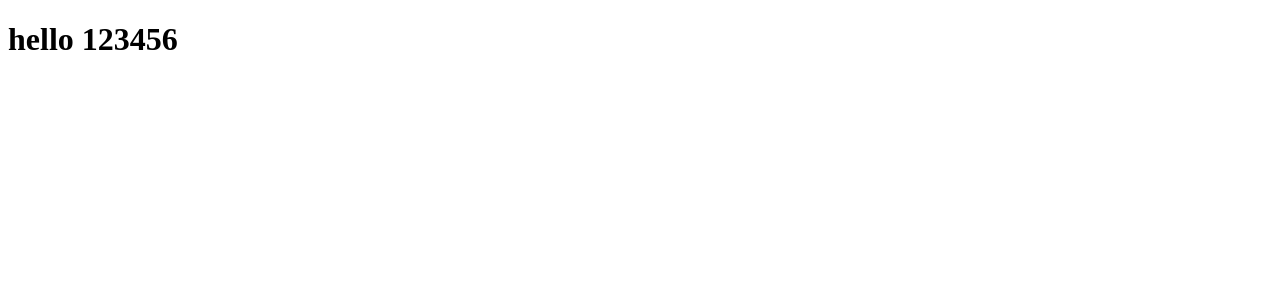
Repository: wkkuchiha/StoreProject
Page: http://localhost/store-manager-service/index.jsp
These files come from the project's save history. The page is drawn as it stood at one moment and after the next save; the edit follows.
The browser window is 1280 px wide. The pictures show the whole page.
The page is served by Tomcat 9.

Above is the page before, as saved 2019-01-15 06:04:03.

After the next save:
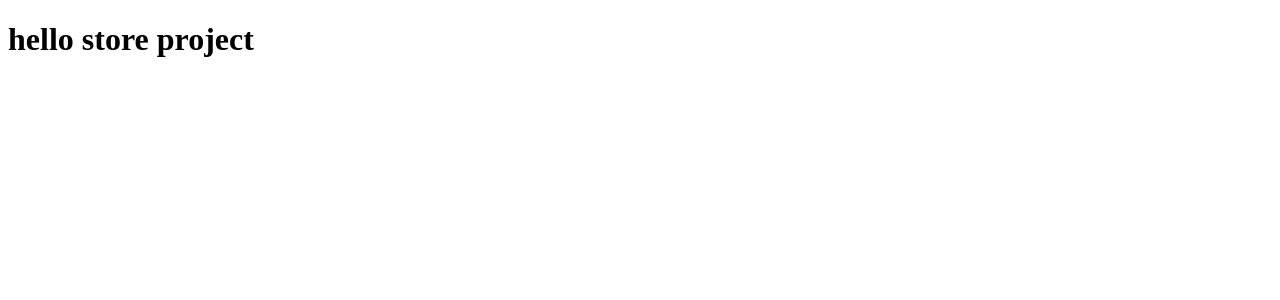
Saved 40 s later.
--- a/store-manager/store-manager-service/src/main/webapp/index.jsp
+++ b/store-manager/store-manager-service/src/main/webapp/index.jsp
@@ -7,6 +7,10 @@
 <title>Insert title here</title>
 </head>
 <body>
- <h1>hello 123456</h1>
+
+<h1>
+  hello store project
+</h1>
+
 </body>
 </html>
